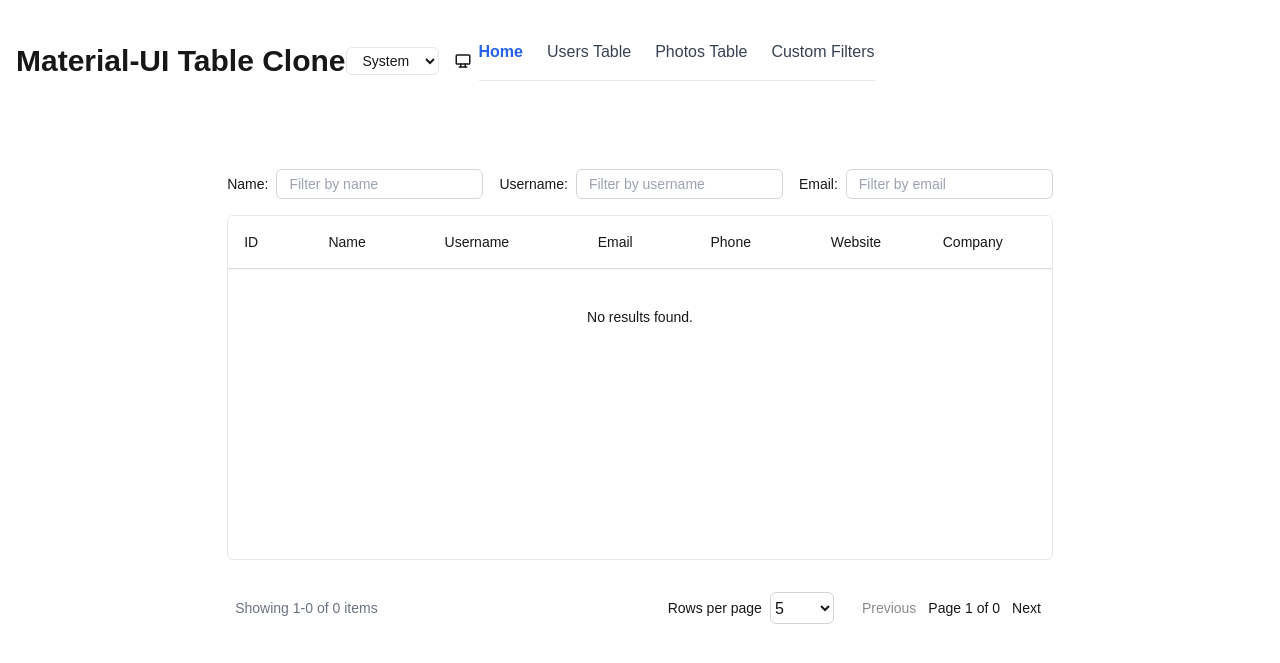
Repository: Dvirco1234/mini-mui-table
Page: /
An editor plug-in stored every save of this project. The page is shown before and after the next save, followed by the edit.
The browser window is 1280 px wide. The pictures show the whole page.
The page's requests for data from a server got no answer. The project was rebuilt for these pictures with package versions that can differ from the ones it lists, and the page was loaded fresh each time. The framework's server and built-in components were replaced by stand-ins that run in the browser. No one was signed in, and anything a server would have sent is missing. Also part of the build but not shown: next.config.ts.

Above is the page before, as saved 2025-03-03 22:01:51.

After the next save:
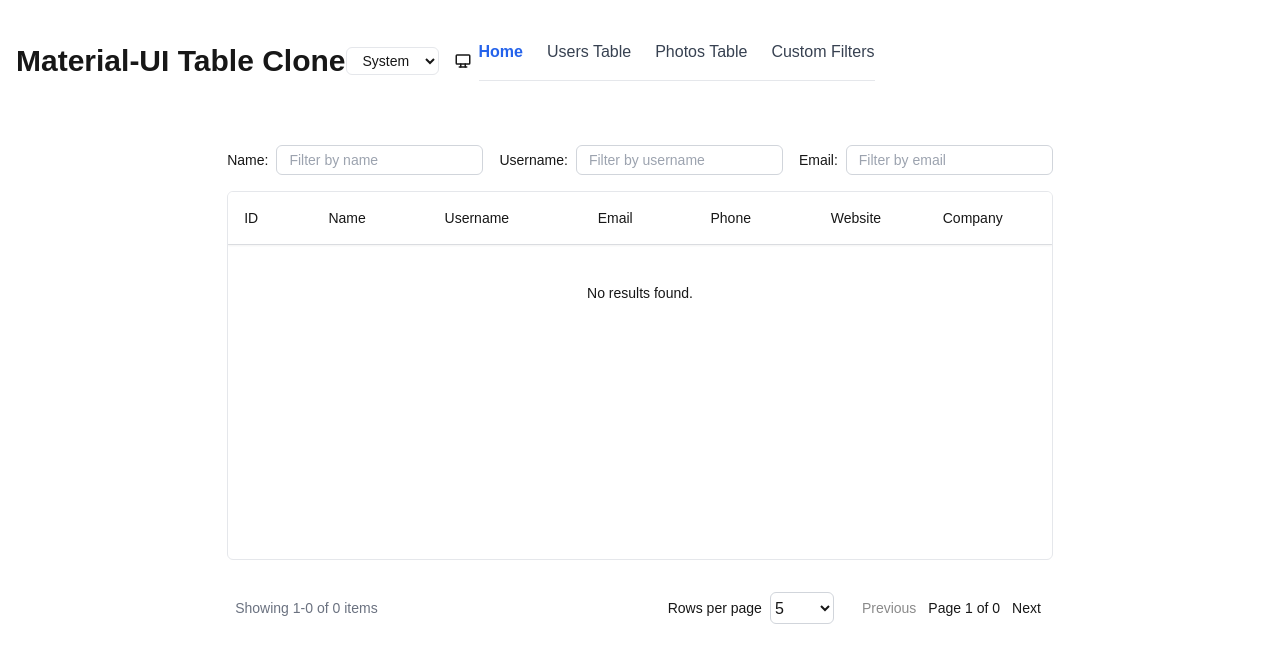
Saved 12 s later.
--- a/src/components/layout/Navigation.tsx
+++ b/src/components/layout/Navigation.tsx
@@ -15,7 +15,7 @@ export function Navigation() {
   const pathname = usePathname();
 
   return (
-    <div className="w-full flex mb-6">
+    <div className="w-full flex">
       <div className="flex justify-between items-center mb-6">
         <h1 className="text-3xl font-bold">Material-UI Table Clone</h1>
         <ThemeToggle />
